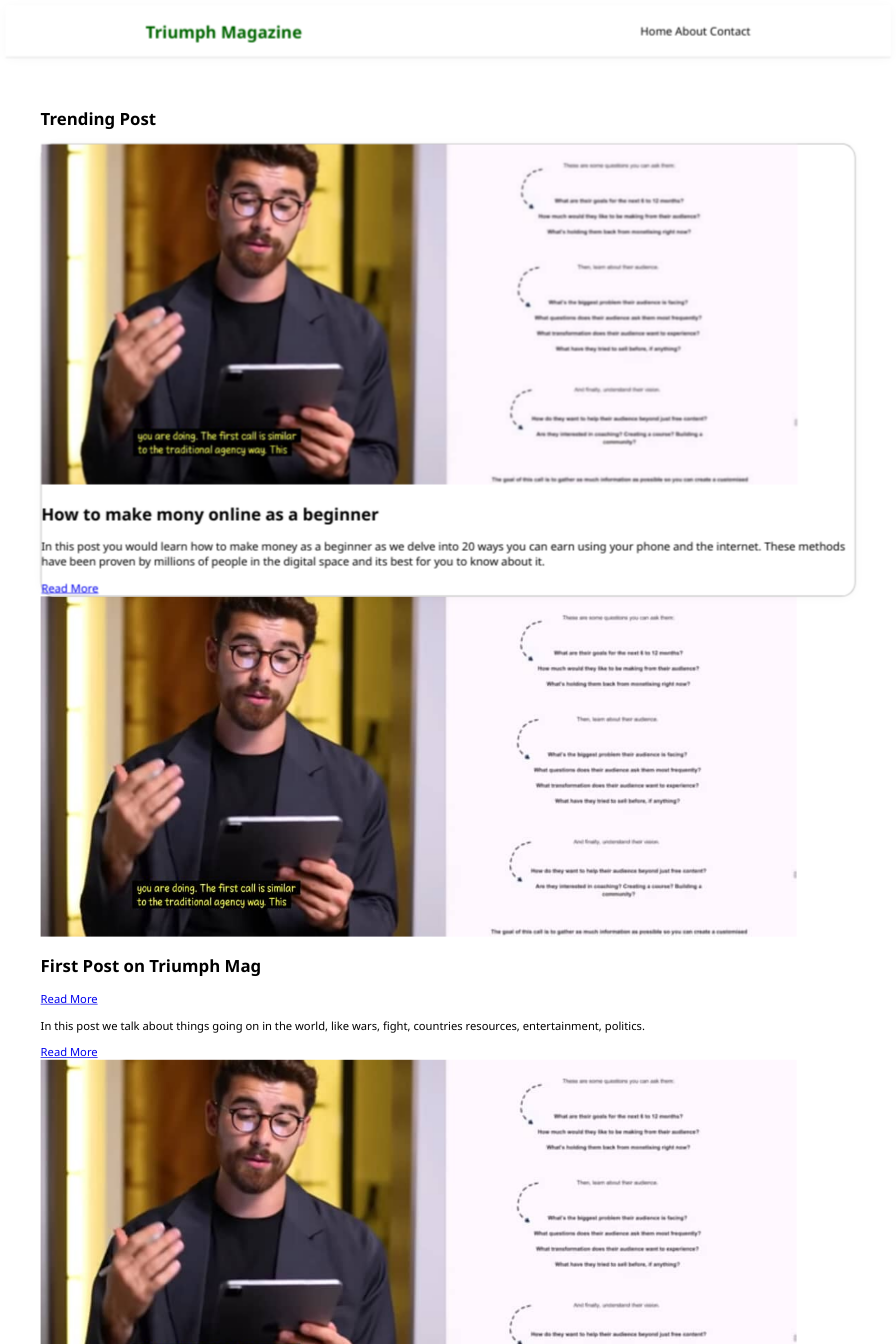
Repository: zikcolle/Triumph-Blog
Page: index.html
The author's editor kept a copy of each file at every save. The page is drawn from the files as they stood at one save, then again after a run of saves.
The browser window is 1280 px wide. The pictures show the part of the page from y = 0 to 1920 px (the page is 5444 px tall before and 5465 px after), at 70% of full size.

Above is the page before, as saved 2026-06-21 14:31:59.

After the next 3 saves:
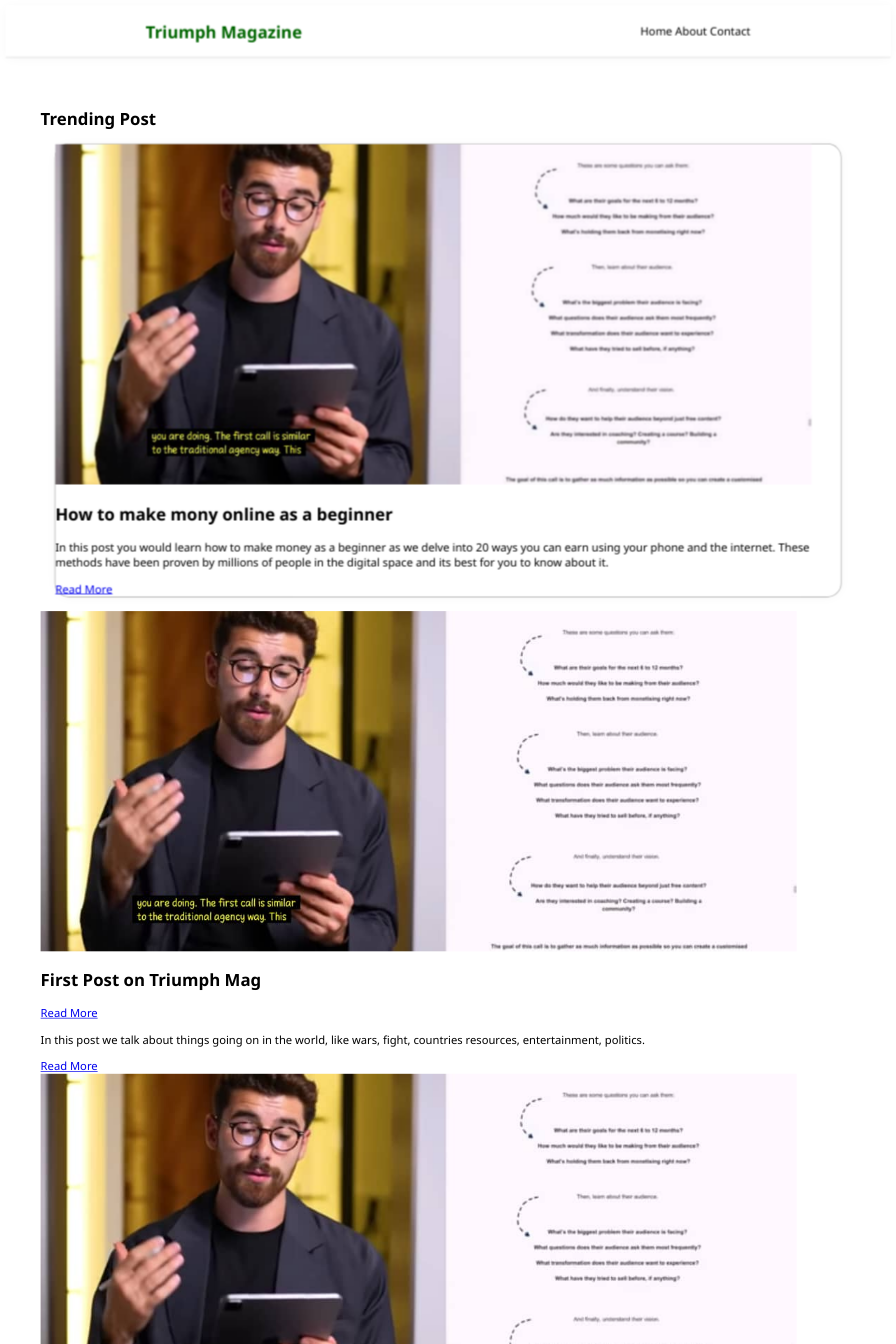
The 3 saves are shown as one change because they came seconds apart.
The last was saved 15 s later.
--- a/styles.css
+++ b/styles.css
@@ -44,7 +44,7 @@ main {
     backdrop-filter: blur(20px) saturate(180%);
     -webkit-backdrop-filter: blur(20px) saturate(180%);
     box-shadow: 0 1px 0 rgba(0,0,0,0.04), 0 2px 16px rgba(0,0,0,0.04);
-    margin: auto;
+    margin: 20px;
 }
 
 /*.feat-post img {
